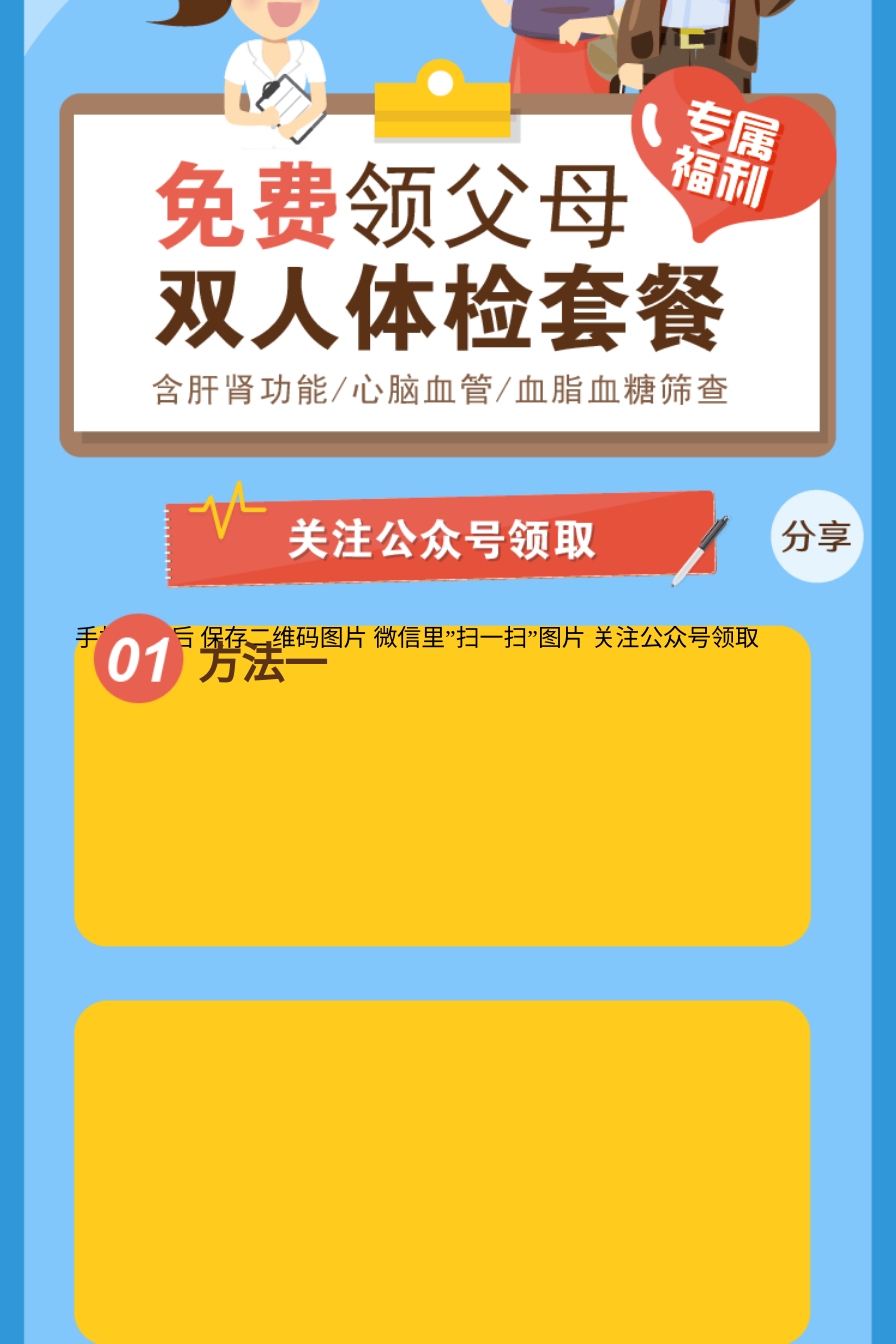
Repository: my-name-jun/enforceTraining
Page: zqtjfl/index.html
The author's editor kept a copy of each file at every save. The page is drawn from the files as they stood at one save, then again after the next save.
The browser window is 1280 px wide. The pictures show the part of the page from y = 451 to 2371 px (the page is 2661 px tall), at 70% of full size.
The page's requests for data from a server got no answer.

Above is the page before, as saved 2018-09-19 14:53:37.

After the next save:
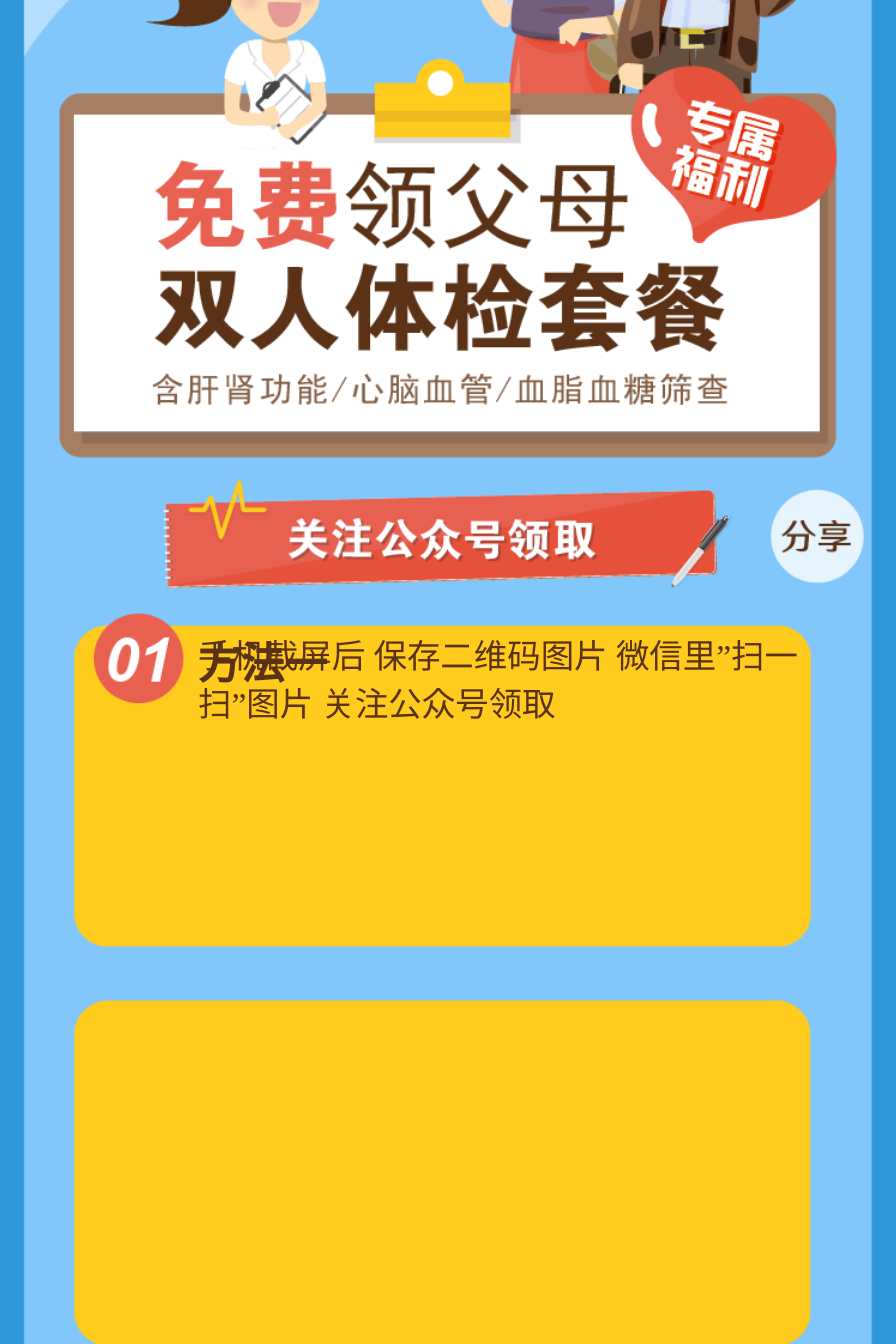
Saved 13 s later.
--- a/zqtjfl/css/index.css
+++ b/zqtjfl/css/index.css
@@ -68,6 +68,13 @@
     left: 16.5%;
     top: 3.4%;
 }
+.content1_detail{
+    position: absolute;
+    color: #5b3216;
+    font-size: 1.4rem;
+    left: 16.5%;
+    top: 3.4%;
+}
 
 .footer{
     color: #ffffff;
